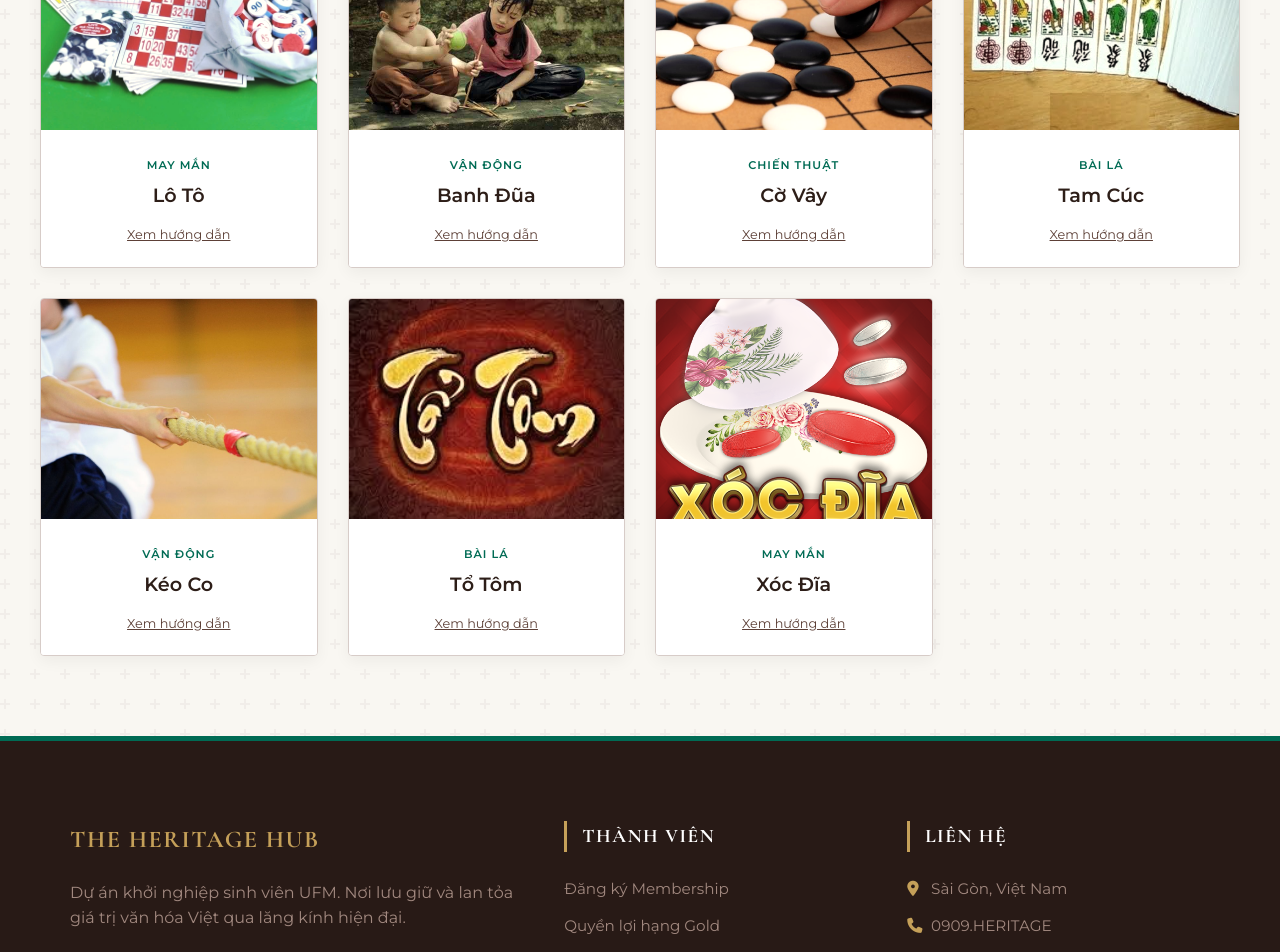
Repository: Lukas952003/Project-The-Heritage-Hub-Coffee-Marketing
Page: games.html
An editor plug-in stored every save of this project. The page is shown before and after the next save, followed by the edit.
The browser window is 1280 px wide. The pictures show the part of the page from y = 1131 to 2083 px (the page is 2220 px tall).
Backgrounds fixed to the window are drawn as part of the page.

Above is the page before, as saved 2025-12-29 08:43:23.

After the next save:
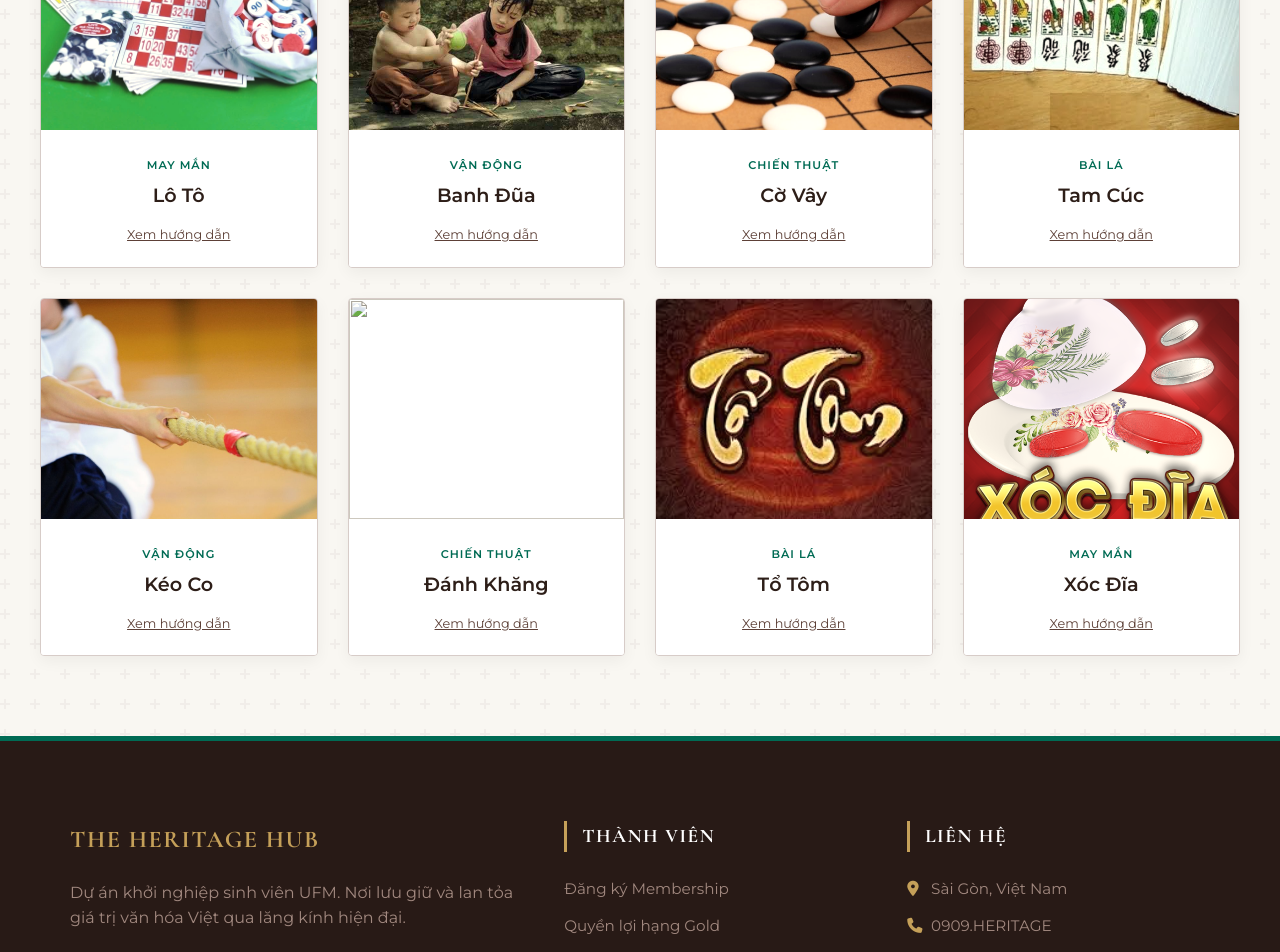
Not found: img/game-danh-khang.jpg
Saved 2 h 33 min later.
--- a/games.html
+++ b/games.html
@@ -678,6 +678,22 @@
           </div>
         </div>
 
+        <div
+          class="game-card"
+          data-cat="chien-thuat"
+          onclick="openModal(this)"
+          data-title="Đánh Khăng"
+          data-img="./img/game-danh-khang.jpg"
+          data-desc="Trò chơi dân gian miền Bắc, kết hợp sức mạnh và chiến thuật. Người chơi cần tính toán hướng đánh và khả năng phòng thủ."
+        >
+          <img src="./img/game-danh-khang.jpg" class="game-thumb" />
+          <div class="game-info">
+            <span class="game-tag">Chiến Thuật</span>
+            <div class="game-title">Đánh Khăng</div>
+            <span class="btn-play">Xem hướng dẫn</span>
+          </div>
+        </div>
+
         <div class="game-card" data-cat="bai-la">
           <img src="./img/game-to-tom.jpg" class="game-thumb" />
           <div class="game-info">
